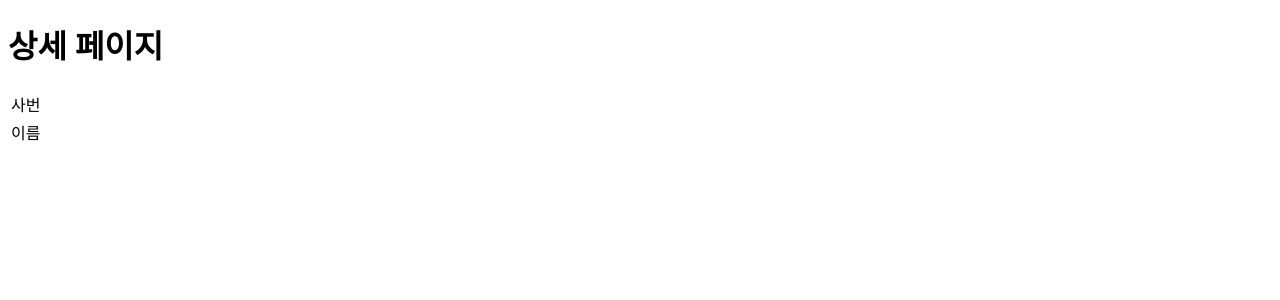
Repository: Lee-seongBeom/bitclass
Page: http://localhost/web09/emp/detail.jsp
The author's editor kept a copy of each file at every save. The page is drawn from the files as they stood at one save, then again after the next save.
The browser window is 1280 px wide. The pictures show the whole page.
The page is served by Tomcat 9.

Above is the page before, as saved 2020-07-08 02:28:31.

After the next save:
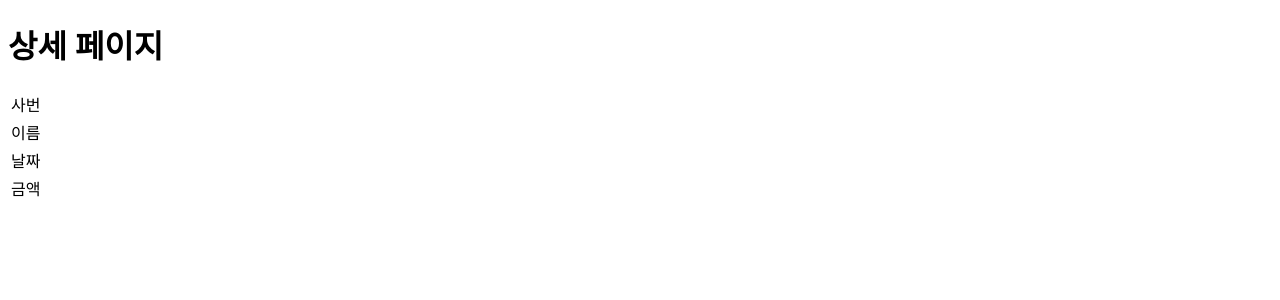
Saved 15 s later.
--- a/web/web09/WebContent/emp/detail.jsp
+++ b/web/web09/WebContent/emp/detail.jsp
@@ -15,6 +15,12 @@
 		<tr>
 			<td>이름</td>
 		</tr>
+		<tr>
+			<td>날짜</td>
+		</tr>
+		<tr>
+			<td>금액</td>
+		</tr>
 	</table>
 </body>
 </html>
